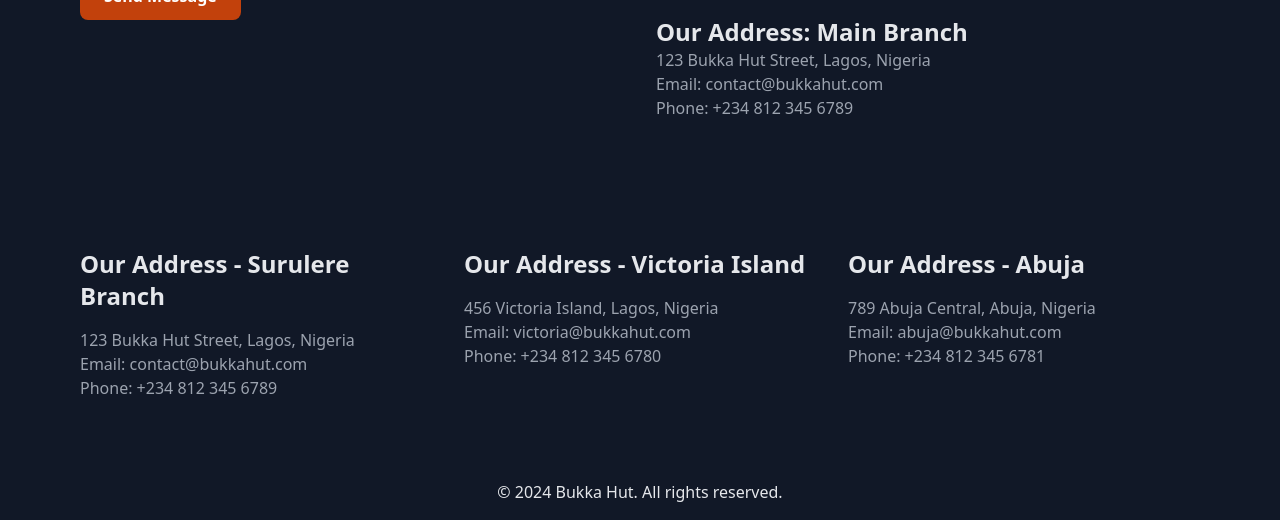
Repository: countaustin1990/BUKKAHUT
Page: Contact.main.html
These files come from the project's save history. The page is drawn as it stood at one moment and after the next save; the edit follows.
The browser window is 1280 px wide. The pictures show the part of the page from y = 508 to 1028 px (the page is 1028 px tall).
Some web libraries are served in a nearby version.

Above is the page before, as saved 2024-08-26 00:48:33.

### Contact.main.html
<!DOCTYPE html>
<html lang="en">

<head>
    <meta charset="UTF-8">
    <meta name="viewport" content="width=device-width, initial-scale=1.0">
    <title>Bukka Hut Contact</title>
    <script src="https://cdn.tailwindcss.com"></script>
</head>

<body class="bg-gray-100 font-sans antialiased">

         <!-- Navigation -->
  <nav class="shadow-md bg-gray-900">
    <div class="container mx-auto px-4 py-2 flex items-center justify-between">
      <div class="text-2xl font-bold text-blue-600">
        <a href="#" class="flex flex-col lg:flex-row items-center lg:space-x-8 p-4">
          <img src="Logo-r.png" alt="Bukka Hut" width="80">
          </a>
      </div>
      <div class="hidden md:flex space-x-6">
        <a href="index.html" class="text-gray-200 hover:text-orange-700 font-bold">Home</a>
        <a href="About.html" class="text-gray-200 hover:text-orange-700 font-bold">About</a>
        <a href="Menu.html" class="text-gray-200 hover:text-orange-700 font-bold">Menu</a>
        <a href="./Contact.main.html" class="text-gray-200 hover:text-orange-700 font-bold">Contact</a>
      </div>
      <div class="md:hidden">
        <button id="menu-button" class="text-white focus:outline-none">
          <svg xmlns="http://www.w3.org/2000/svg" fill="none" viewBox="0 0 24 24" stroke="currentColor" class="w-6 h-6">
            <path stroke-linecap="round" stroke-linejoin="round" stroke-width="2" d="M4 6h16M4 12h16M4 18h16" />
          </svg>
        </button>
      </div>
    </div>

    <!-- Mobile Menu -->
    <div id="mobile-menu" class="hidden md:hidden bg-gray-900 shadow-md">
      <a href="test.html" class="block px-4 py-2 text-white hover:bg-orange-600">Home</a>
      <a href="./About.html" class="block px-4 py-2 text-white hover:bg-orange-600">About</a>
      <a href="./Menu.html" class="block px-4 py-2 text-white hover:bg-orange-600">Menu</a>
      <a href="./Contact.main.html" class="block px-4 py-2 text-white hover:bg-orange-600">Contact</a>
    </div>
  </nav>

    <!-- Contact Section with Two Columns -->
    <section id="contact" class="py-16 flex flex-col items-center justify-center bg-gray-900">
        <div class="max-w-6xl mx-auto px-4">
            <h2 class="text-4xl font-bold mb-10 text-center text-gray-200">Contact Us</h2>
            <div class="grid grid-cols-1 md:grid-cols-2 gap-8">
                <!-- Contact Form -->
                <div>
                    <form class="space-y-4">
                        <input type="text" placeholder="Name" required
                            class="w-full p-3 rounded-lg bg-gray-700 border border-orange-400 focus:outline-none focus:ring-2 focus:ring-yellow-500">
                        <input type="email" placeholder="Email" required
                            class="w-full p-3 rounded-lg bg-gray-700 border border-orange-400 focus:outline-none focus:ring-2 focus:ring-yellow-500">
                        <textarea placeholder="Message" required
                            class="w-full p-3 rounded-lg bg-gray-700 border border-orange-400 focus:outline-none focus:ring-2 focus:ring-yellow-500"></textarea>
                        <button type="submit"
                            class="bg-orange-700 hover:bg-orange-600 text-white py-3 px-6 rounded-lg font-semibold">Send
                            Message</button>
                    </form>
                </div>
                <!-- Map and Details -->
                <div class="space-y-4">
                    <div class="w-full h-64 rounded-lg overflow-hidden">
                        <iframe class="w-full h-full"
                            src="https://www.google.com/maps/embed?pb=!1m18!1m12!1m3!1d3151.8354345087995!2d144.95373631531968!3d-37.81627974200248!2m3!1f0!2f0!3f0!3m2!1i1024!2i768!4f13.1!3m3!1m2!1s0x6ad642af0f11fd81%3A0xf5773e6a1d74e199!2sBukka%20Hut!5e0!3m2!1sen!2sng!4v1633538250270!5m2!1sen!2sng"
                            frameborder="0" style="border:0;" allowfullscreen="" aria-hidden="false"
                            tabindex="0"></iframe>
                    </div>
                    <div class="text-gray-400">
                        <h3 class="text-2xl font-semibold text-gray-200">Our Address: Main Branch</h3>
                        <p>123 Bukka Hut Street, Lagos, Nigeria</p>
                        <p>Email: contact@bukkahut.com</p>
                        <p>Phone: +234 812 345 6789</p>
                    </div>
                </div>
            </div>
        </div>
    </section>

    <!-- Contact Section with Two Columns and Multiple Locations -->
<section id="contact" class="py-16 flex flex-col items-center justify-center bg-gray-900">
    <div class="max-w-6xl mx-auto px-4">
        <!--h2 class="text-4xl font-bold mb-10 text-center text-gray-200">Contact Us</!--h2-->
        <div class="grid grid-cols-1 md:grid-cols-2 lg:grid-cols-3 gap-8">
            <!-- Location 1 -->
            <div>
                <h3 class="text-2xl font-semibold text-gray-200 mb-4">Our Address - Surulere Branch</h3>
                <!--div class="w-full h-64 rounded-lg overflow-hidden mb-4">
                    <iframe class="w-full h-full" src="https://www.google.com/maps/embed?pb=!1m18!1m12!1m3!1d3151.8354345087995!2d144.95373631531968!3d-37.81627974200248!2m3!1f0!2f0!3f0!3m2!1i1024!2i768!4f13.1!3m3!1m2!1s0x6ad642af0f11fd81%3A0xf5773e6a1d74e199!2sBukka%20Hut!5e0!3m2!1sen!2sng!4v1633538250270!5m2!1sen!2sng" frameborder="0" style="border:0;" allowfullscreen="" aria-hidden="false" tabindex="0"></iframe>
                </!--div-->
                <p class="text-gray-400">123 Bukka Hut Street, Lagos, Nigeria</p>
                <p class="text-gray-400">Email: contact@bukkahut.com</p>
                <p class="text-gray-400">Phone: +234 812 345 6789</p>
            </div>
            <!-- Location 2 -->
            <div>
                <h3 class="text-2xl font-semibold text-gray-200 mb-4">Our Address - Victoria Island</h3>
                <!--div class="w-full h-64 rounded-lg overflow-hidden mb-4">
                    <iframe class="w-full h-full" src="https://www.google.com/maps/embed?pb=!1m18!1m12!1m3!1d3151.8354345087995!2d144.95373631531968!3d-37.81627974200248!2m3!1f0!2f0!3f0!3m2!1i1024!2i768!4f13.1!3m3!1m2!1s0x6ad642af0f11fd81%3A0xf5773e6a1d74e199!2sBukka%20Hut!5e0!3m2!1sen!2sng!4v1633538250270!5m2!1sen!2sng" frameborder="0" style="border:0;" allowfullscreen="" aria-hidden="false" tabindex="0"></iframe>
                </!--div-->
                <p class="text-gray-400">456 Victoria Island, Lagos, Nigeria</p>
                <p class="text-gray-400">Email: victoria@bukkahut.com</p>
                <p class="text-gray-400">Phone: +234 812 345 6780</p>
            </div>
            <!-- Location 3 -->
            <div>
                <h3 class="text-2xl font-semibold text-gray-200 mb-4">Our Address - Abuja</h3>
                <!--div class="w-full h-64 rounded-lg overflow-hidden mb-4">
                    <iframe class="w-full h-full" src="https://www.google.com/maps/embed?pb=!1m18!1m12!1m3!1d3151.8354345087995!2d144.95373631531968!3d-37.81627974200248!2m3!1f0!2f0!3f0!3m2!1i1024!2i768!4f13.1!3m3!1m2!1s0x6ad642af0f11fd81%3A0xf5773e6a1d74e199!2sBukka%20Hut!5e0!3m2!1sen!2sng!4v1633538250270!5m2!1sen!2sng" frameborder="0" style="border:0;" allowfullscreen="" aria-hidden="false" tabindex="0"></iframe>
                </!--div-->
                <p class="text-gray-400">789 Abuja Central, Abuja, Nigeria</p>
                <p class="text-gray-400">Email: abuja@bukkahut.com</p>
                <p class="text-gray-400">Phone: +234 812 345 6781</p>
            </div>
        </div>
    </div>
</section>


    <!-- Footer -->
    <footer class="bg-gray-900 text-center text-gray-200 py-4">
        <p>&copy; 2024 Bukka Hut. All rights reserved.</p>
    </footer>

</body>

</html>

After the next save:
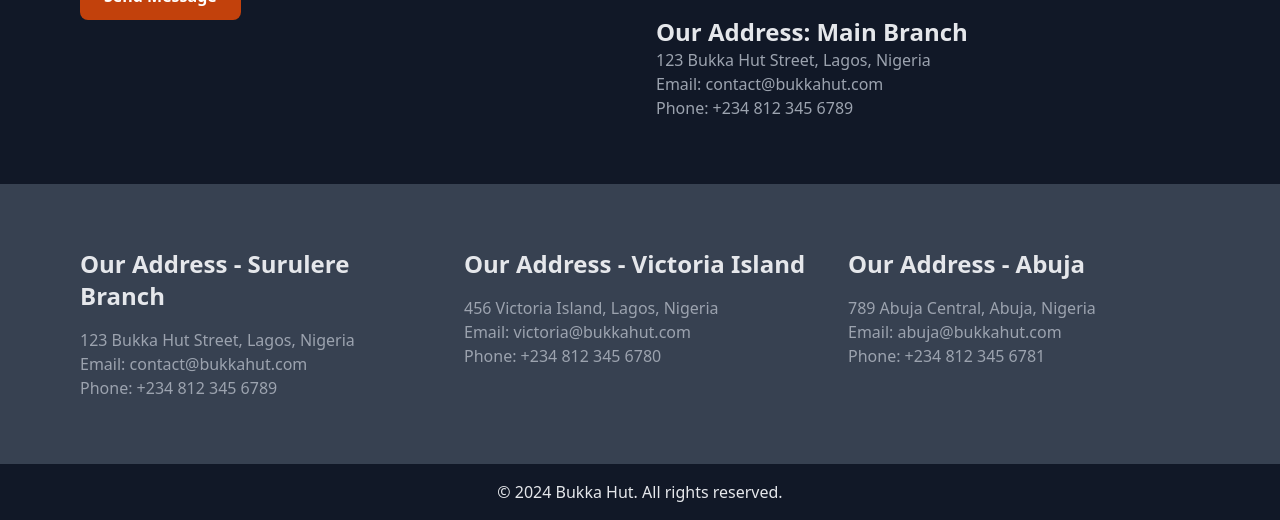
Saved 27 s later.
--- a/Contact.main.html
+++ b/Contact.main.html
@@ -81,7 +81,7 @@
     </section>
 
     <!-- Contact Section with Two Columns and Multiple Locations -->
-<section id="contact" class="py-16 flex flex-col items-center justify-center bg-gray-900">
+<section id="contact" class="py-16 flex flex-col items-center justify-center bg-gray-700">
     <div class="max-w-6xl mx-auto px-4">
         <!--h2 class="text-4xl font-bold mb-10 text-center text-gray-200">Contact Us</!--h2-->
         <div class="grid grid-cols-1 md:grid-cols-2 lg:grid-cols-3 gap-8">
